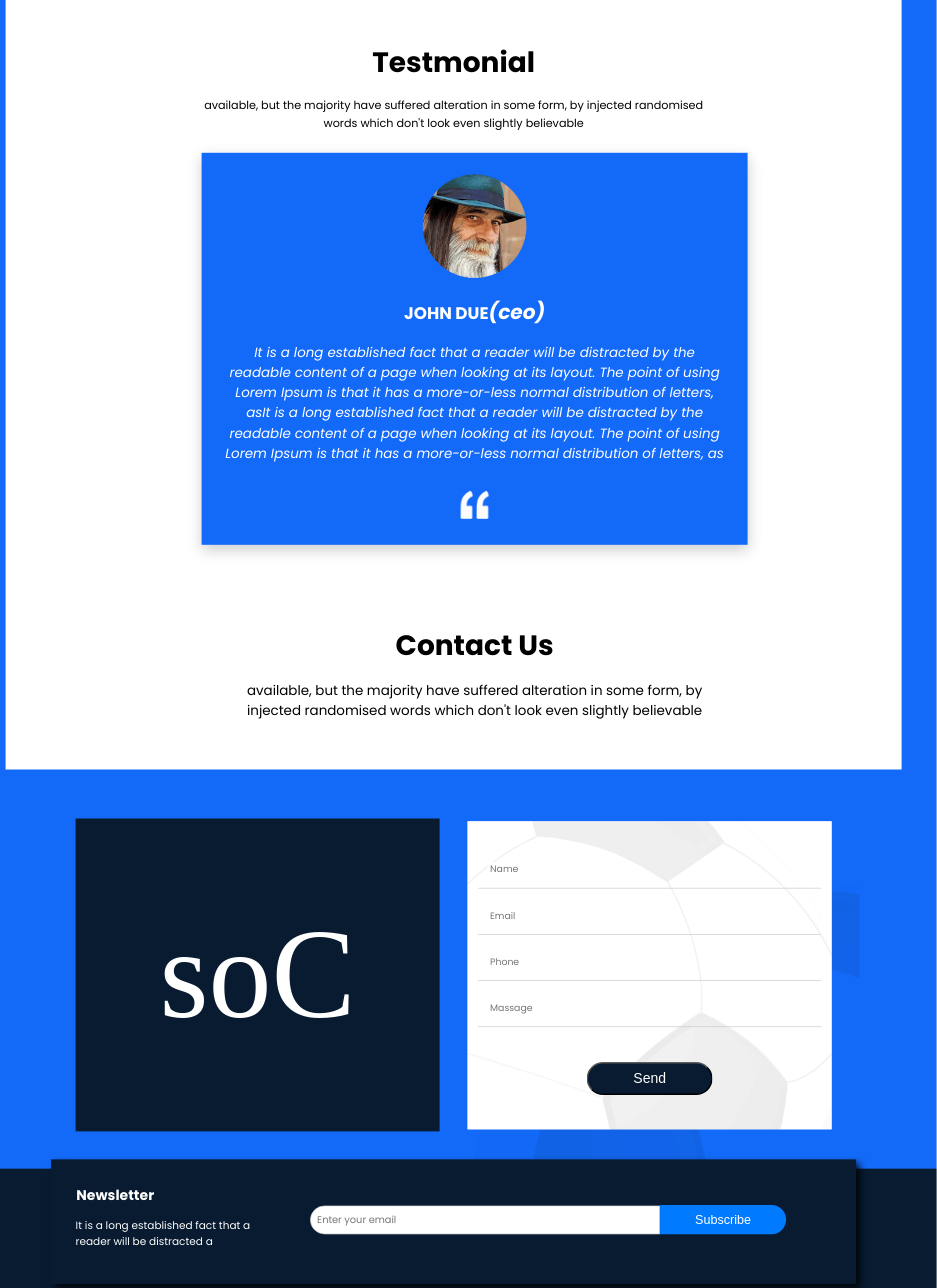
Repository: Vinicius9922/Projeto-Web
Page: index.html
These files come from the project's save history. The page is drawn as it stood at one moment and after a run of saves; the edit follows.
The browser window is 1280 px wide. The page is 1338 px wide, so the pictures cover 1338 px, including what lies to the right of the window. The pictures show the part of the page from y = 2765 to 4605 px (the page is 4928 px tall before and 4958 px after), at 70% of full size.

Above is the page before, as saved 2024-12-14 13:00:21.

After the next 3 saves:
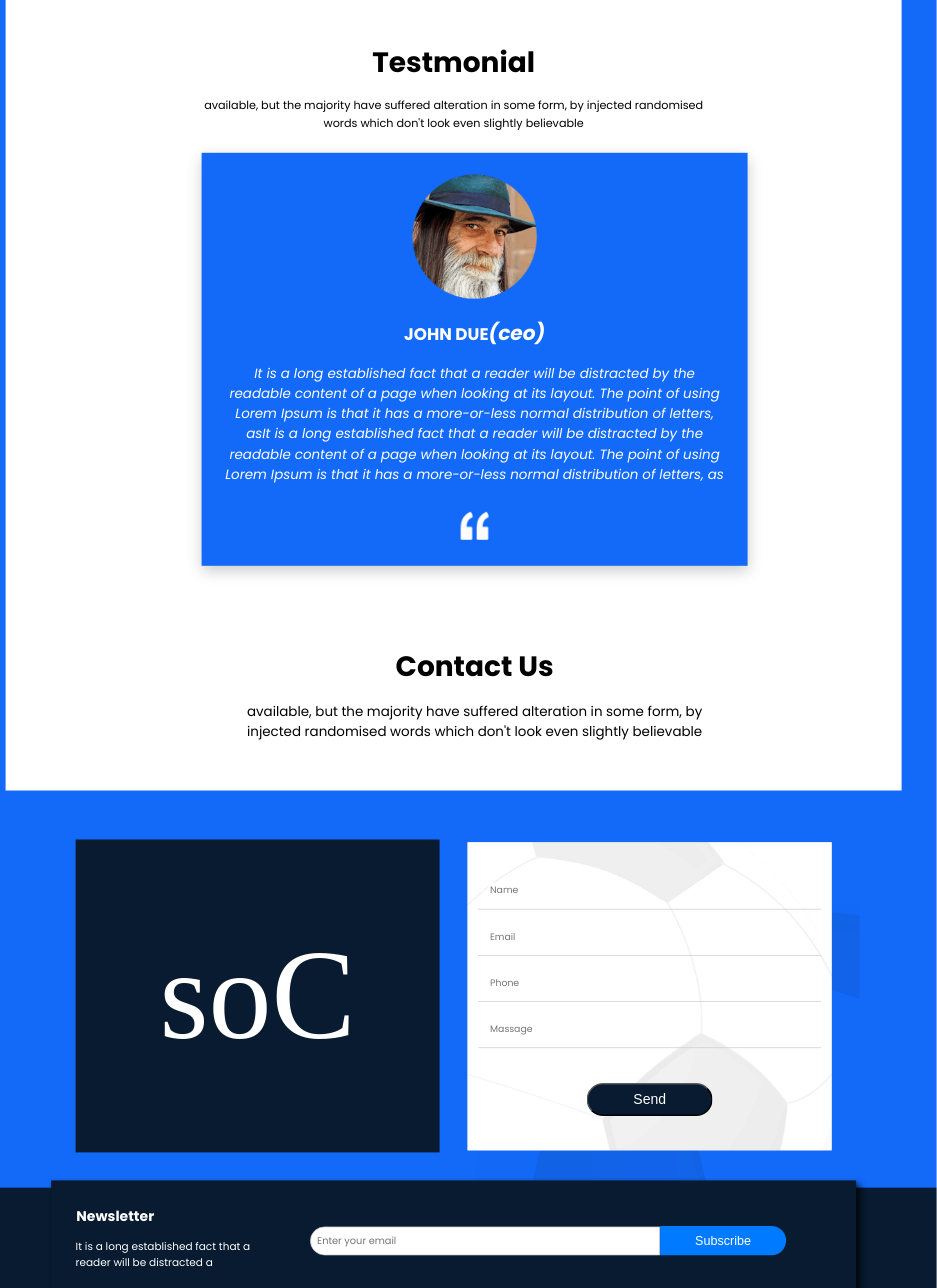
The 3 saves are shown as one change because they came seconds apart.
The last was saved 14 s later.
--- a/index.css
+++ b/index.css
@@ -298,8 +298,8 @@
 }
 
 .john_image img {
-    width: 150px;
-    height: 150px;
+    width: 180px;
+    height: 180px;
     border-radius: 50%;
     margin-bottom: 20px;
 }
